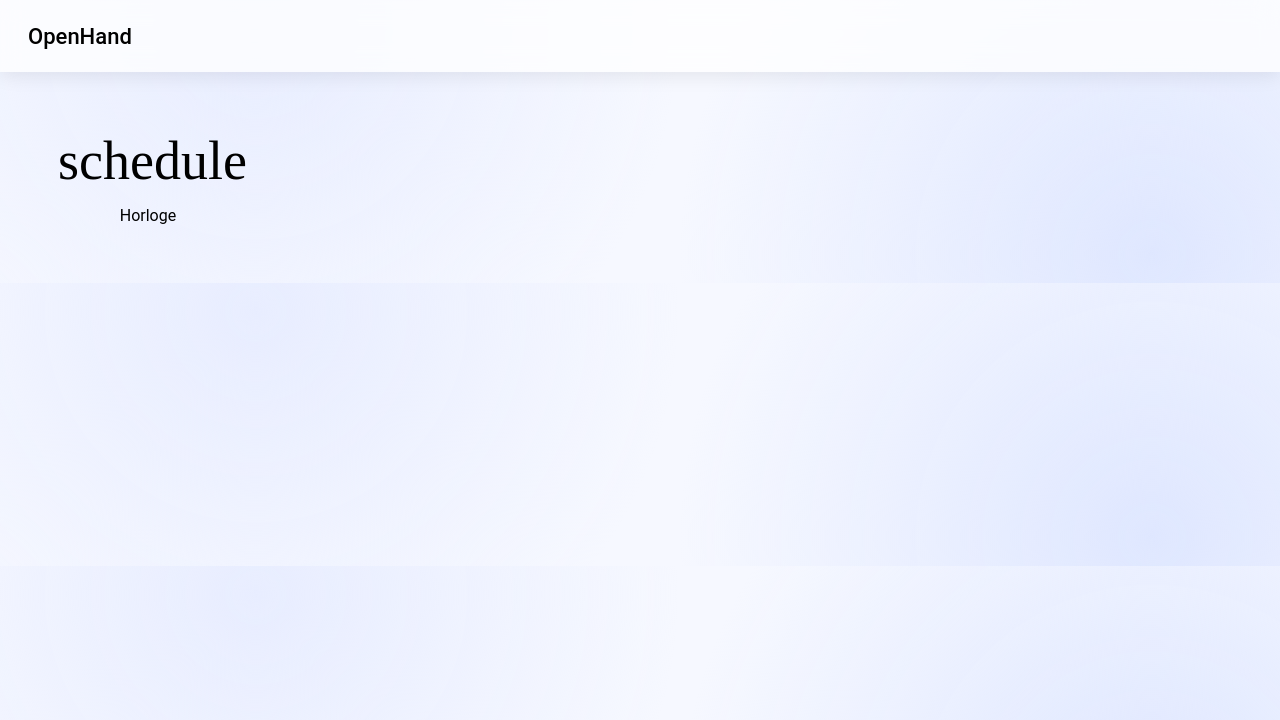
Repository: nlagardere/OpenHand
Page: index.html
The author's editor kept a copy of each file at every save. The page is drawn from the files as they stood at one save, then again after the next save.
The browser window is 1280 px wide. The pictures show the whole page.

Above is the page before, as saved 2026-01-30 21:17:19.

### index.html
<!DOCTYPE html>
<html lang="fr">
<head>
<meta charset="UTF-8">
<title>OpenHand OS</title>
<link rel="stylesheet" href="style.css">
</head>

<body>

<div id="topbar">
  <div class="logo">OpenHand</div>
  <div id="clock"></div>
</div>

<div id="desktop"></div>

<div id="appWindow">
  <button id="backBtn" onclick="closeApp()">← Retour</button>
  <iframe id="appFrame"></iframe>
</div>

<script src="main.js"></script>
</body>
</html>

### style.css
body {
  margin:0;
  font-family: Roboto, sans-serif;
  background:
    radial-gradient(circle at 20% 10%, #e8edff, transparent 40%),
    radial-gradient(circle at 90% 90%, #dfe7ff, transparent 40%),
    #f6f8ff;
}

/* Top bar */

#topbar {
  height:72px;
  display:flex;
  align-items:center;
  padding:0 28px;
  font-size:22px;
  font-weight:500;
  background:rgba(255,255,255,.75);
  backdrop-filter: blur(12px);
  box-shadow:0 4px 18px rgba(0,0,0,.08);
}

/* Desktop grid */

#desktop {
  padding:28px;
  display:grid;
  grid-template-columns:repeat(auto-fill,minmax(200px,240px));
  justify-content:start;
  gap:28px;

  animation: desktopIn .5s cubic-bezier(.2,.8,.2,1);
}

@keyframes desktopIn {
  from {
    opacity:0;
    transform:translateY(20px) scale(.98);
  }
  to {
    opacity:1;
    transform:translateY(0) scale(1);
  }
}

/* Material cards wrapper */

.app-card {
  cursor:pointer;
  transition:
    transform .22s cubic-bezier(.2,.8,.2,1),
    filter .22s;
}

.app-card:hover {
  transform:translateY(-8px) scale(1.04);
  filter:brightness(1.04);
}

.app-inner {
  padding:30px;
  text-align:center;
}

.icon {
  font-family:"Material Symbols Rounded";
  font-size:54px;
  display:block;
  margin-bottom:14px;
}

/* Fenêtre app plein écran */

#appWindow {
  position:fixed;
  inset:0;
  background:white;
  display:none;
  flex-direction:column;
  z-index:999;

  border-radius:28px;
  overflow:hidden;
}

#appWindow.open {
  display:flex;
  animation: appOpen .42s cubic-bezier(.2,.9,.2,1);
}

@keyframes appOpen {
  0% {
    opacity:0;
    transform:scale(.96);
    filter:blur(8px);
  }
  100% {
    opacity:1;
    transform:scale(1);
    filter:blur(0);
  }
}

#appBar {
  padding:16px;
  background:#f3f5ff;
  box-shadow:0 2px 10px rgba(0,0,0,.06);
}

iframe {
  flex:1;
  border:none;
}

### main.js
const apps = [
  {
    name: "Horloge",
    icon: "schedule",
    url: "apps/clock.html"
  }
];

const desktop = document.getElementById("desktop");

apps.forEach(app => {

  const card = document.createElement("md-elevated-card");
  card.className = "app-card";

  card.innerHTML = `
    <div class="app-inner">
      <span class="icon">${app.icon}</span>
      <div>${app.name}</div>
    </div>
  `;

  card.onclick = () => openApp(app.url);

  desktop.appendChild(card);
});

function openApp(url){
  document.getElementById("appFrame").src = url;
  document.getElementById("appWindow").classList.add("open");
}

function closeApp(){
  document.getElementById("appWindow").classList.remove("open");
}

After the next save:
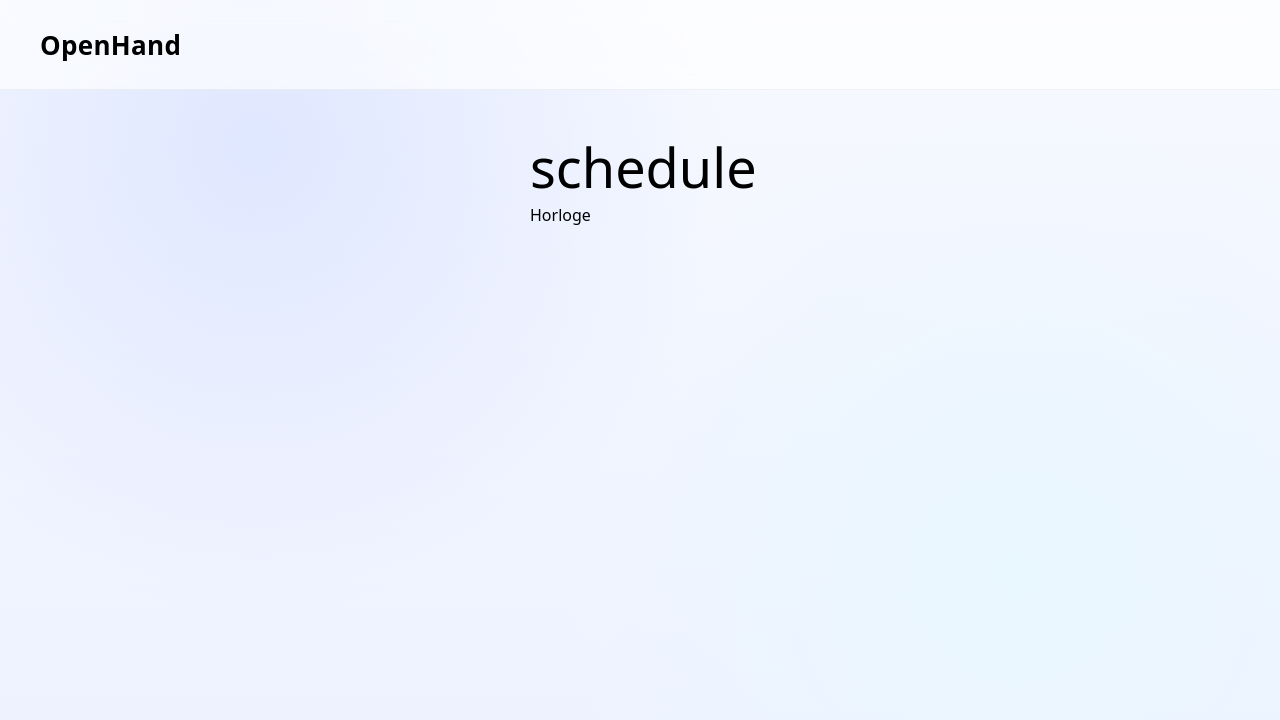
Saved 17 s later.
--- a/style.css
+++ b/style.css
@@ -1,76 +1,97 @@
+* {
+  box-sizing:border-box;
+  font-family: system-ui, -apple-system, sans-serif;
+}
+
 body {
   margin:0;
-  font-family: Roboto, sans-serif;
+  height:100vh;
   background:
-    radial-gradient(circle at 20% 10%, #e8edff, transparent 40%),
-    radial-gradient(circle at 90% 90%, #dfe7ff, transparent 40%),
-    #f6f8ff;
+    radial-gradient(circle at 20% 20%, #dfe7ff, transparent 40%),
+    radial-gradient(circle at 80% 80%, #e9f7ff, transparent 40%),
+    linear-gradient(180deg,#f7f9ff,#eef2ff);
 }
 
 /* Top bar */
 
 #topbar {
-  height:72px;
+  height:90px;
+  padding:0 40px;
   display:flex;
   align-items:center;
-  padding:0 28px;
+  justify-content:space-between;
+
+  background:rgba(255,255,255,.65);
+  backdrop-filter: blur(14px);
+  border-bottom:1px solid rgba(0,0,0,.05);
+}
+
+.logo {
+  font-size:26px;
+  font-weight:700;
+  letter-spacing:.3px;
+}
+
+#clock {
   font-size:22px;
   font-weight:500;
-  background:rgba(255,255,255,.75);
-  backdrop-filter: blur(12px);
-  box-shadow:0 4px 18px rgba(0,0,0,.08);
 }
 
 /* Desktop grid */
 
 #desktop {
-  padding:28px;
+  padding:40px;
   display:grid;
-  grid-template-columns:repeat(auto-fill,minmax(200px,240px));
-  justify-content:start;
-  gap:28px;
+  grid-template-columns:repeat(auto-fit, minmax(180px, 220px));
+  gap:32px;
+  justify-content:center;
 
-  animation: desktopIn .5s cubic-bezier(.2,.8,.2,1);
+  animation: desktopIn .6s ease;
 }
 
 @keyframes desktopIn {
-  from {
-    opacity:0;
-    transform:translateY(20px) scale(.98);
-  }
-  to {
-    opacity:1;
-    transform:translateY(0) scale(1);
-  }
+  from {opacity:0; transform:translateY(30px);}
+  to {opacity:1; transform:none;}
 }
 
-/* Material cards wrapper */
+/* App cards */
 
-.app-card {
+.card {
+  background:rgba(255,255,255,.7);
+  backdrop-filter: blur(12px);
+  border-radius:28px;
+
+  padding:32px 20px;
+  text-align:center;
   cursor:pointer;
+
+  box-shadow:
+    0 10px 30px rgba(0,0,0,.08),
+    inset 0 1px 0 rgba(255,255,255,.6);
+
   transition:
-    transform .22s cubic-bezier(.2,.8,.2,1),
-    filter .22s;
+    transform .25s cubic-bezier(.2,.8,.2,1),
+    box-shadow .25s,
+    background .25s;
 }
 
-.app-card:hover {
-  transform:translateY(-8px) scale(1.04);
-  filter:brightness(1.04);
-}
-
-.app-inner {
-  padding:30px;
-  text-align:center;
+.card:hover {
+  transform:translateY(-10px) scale(1.05);
+  box-shadow:0 20px 50px rgba(0,0,0,.12);
+  background:rgba(255,255,255,.9);
 }
 
 .icon {
-  font-family:"Material Symbols Rounded";
   font-size:54px;
-  display:block;
   margin-bottom:14px;
 }
 
-/* Fenêtre app plein écran */
+.name {
+  font-size:20px;
+  font-weight:600;
+}
+
+/* App window plein écran */
 
 #appWindow {
   position:fixed;
@@ -80,32 +101,35 @@ body {
   flex-direction:column;
   z-index:999;
 
-  border-radius:28px;
-  overflow:hidden;
-}
-
-#appWindow.open {
-  display:flex;
-  animation: appOpen .42s cubic-bezier(.2,.9,.2,1);
+  animation: appOpen .4s cubic-bezier(.2,.9,.2,1);
 }
 
 @keyframes appOpen {
-  0% {
+  from {
     opacity:0;
     transform:scale(.96);
     filter:blur(8px);
   }
-  100% {
+  to {
     opacity:1;
     transform:scale(1);
     filter:blur(0);
   }
 }
 
-#appBar {
-  padding:16px;
-  background:#f3f5ff;
-  box-shadow:0 2px 10px rgba(0,0,0,.06);
+#backBtn {
+  margin:20px;
+  padding:16px 28px;
+  font-size:20px;
+  border:none;
+  border-radius:16px;
+  background:#5b7cff;
+  color:white;
+  cursor:pointer;
+}
+
+#backBtn:active {
+  transform:scale(.96);
 }
 
 iframe {
